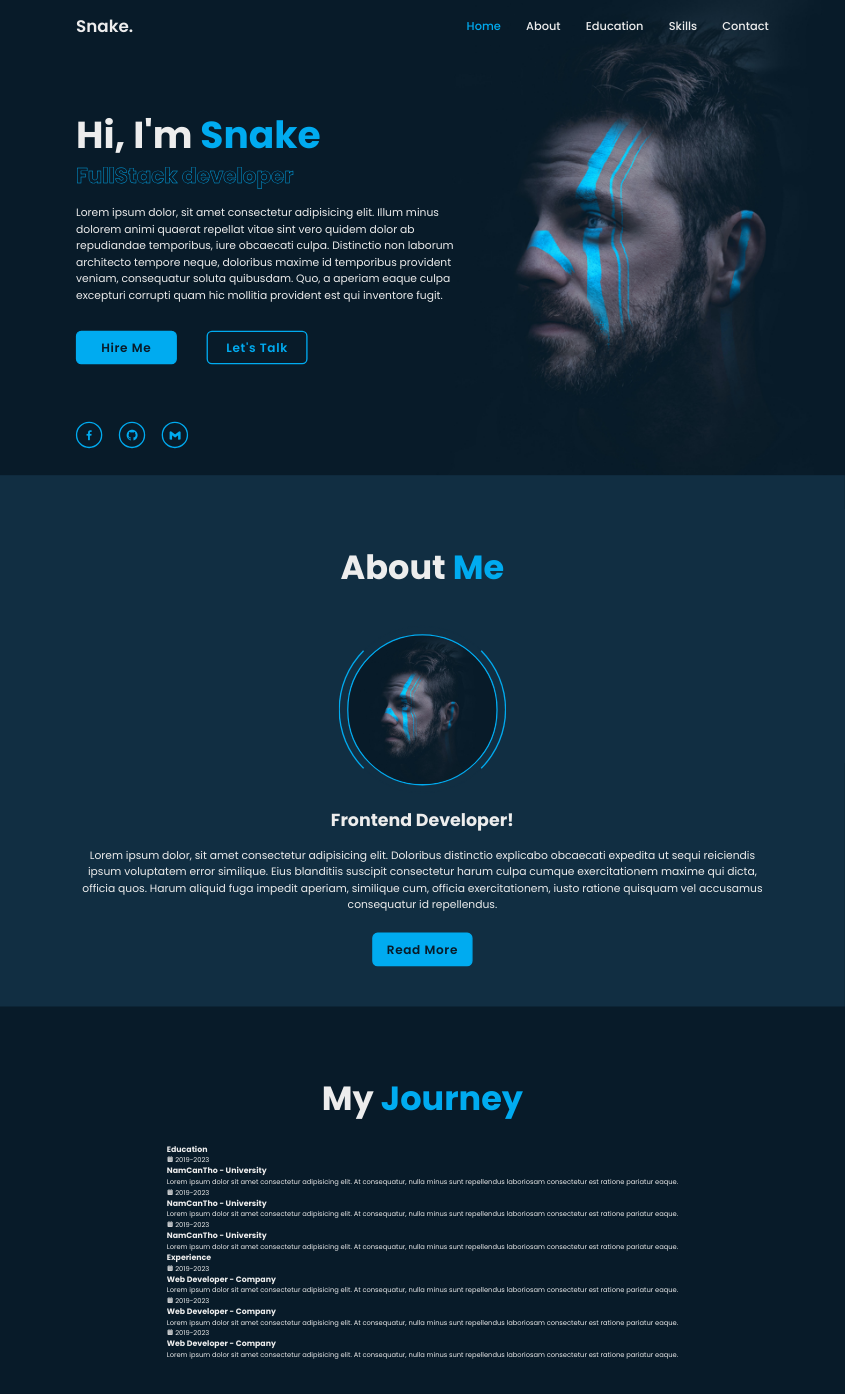
Repository: Tanty102/About_Me
Page: index.html
The author's editor kept a copy of each file at every save. The page is drawn from the files as they stood at one save, then again after a run of saves.
The browser window is 1280 px wide. The pictures show the whole page, at 66% of full size.

Above is the page before, as saved 2023-09-12 18:31:35.

After the next 2 saves:
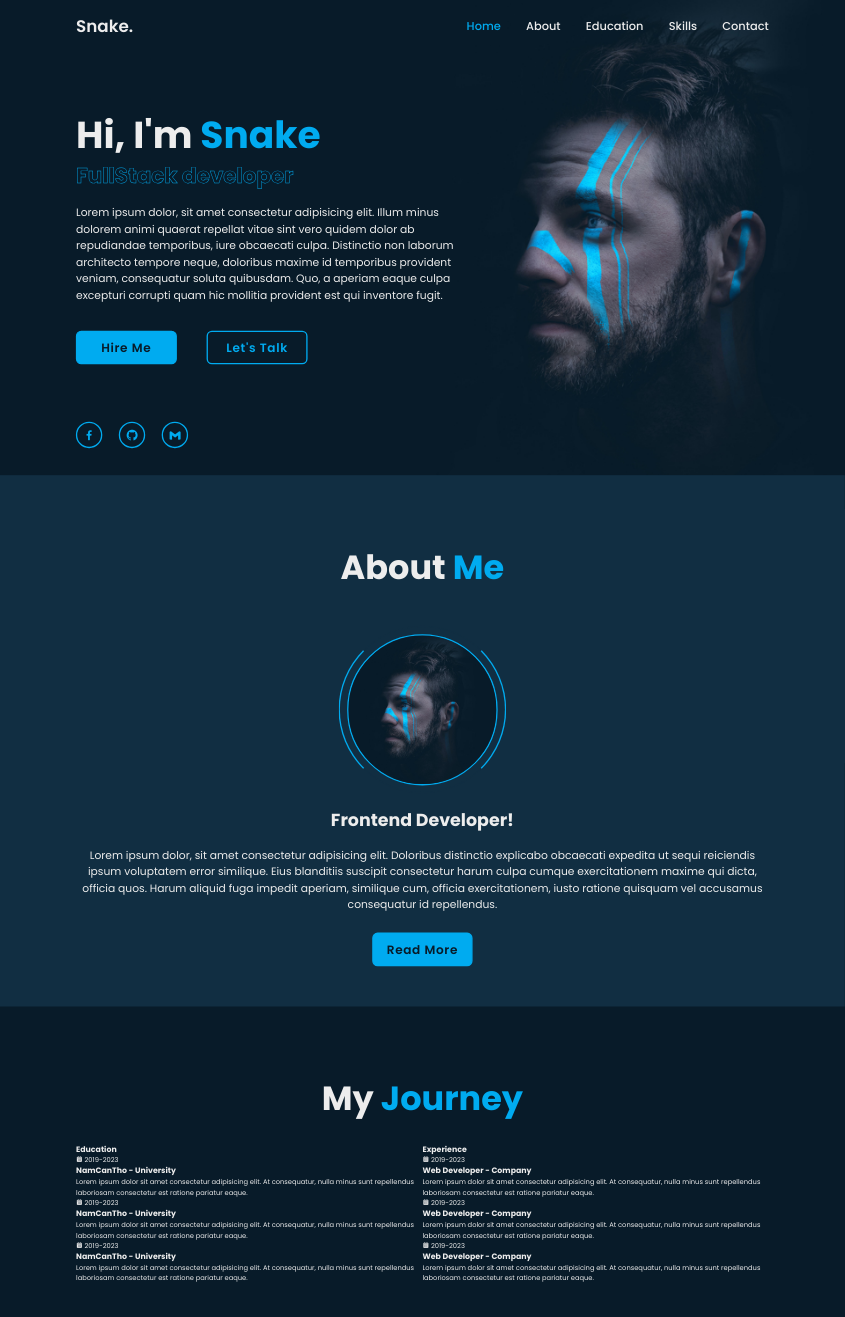
The 2 saves are shown as one change because they came seconds apart.
The last was saved 5 s later.
--- a/style.css
+++ b/style.css
@@ -308,7 +308,8 @@ span {
 }
 
 .education .education-row {
-  di
+  display: flex;
+  fw
 }
 
 .education-column {
